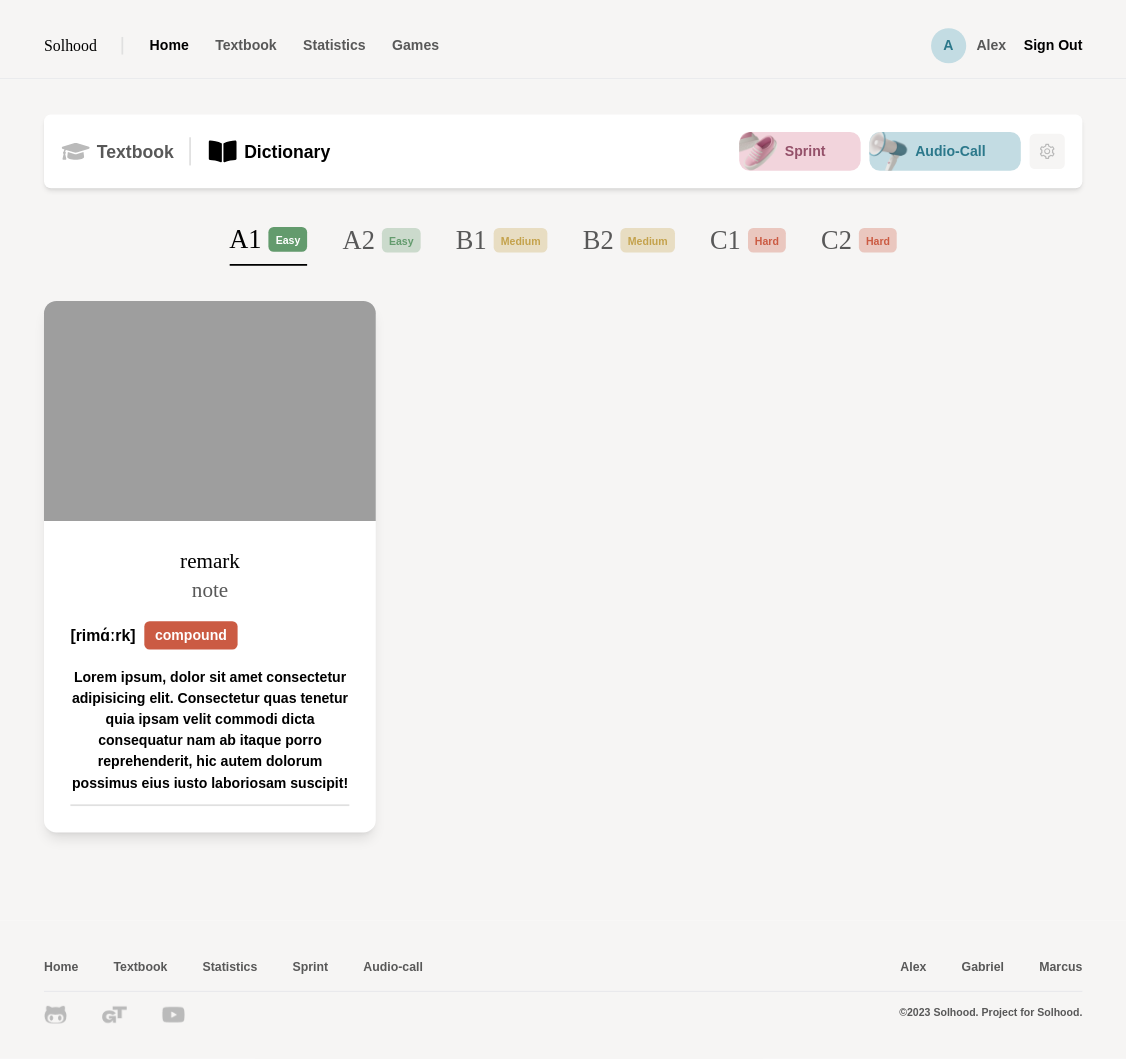
Repository: haudnn/solhood
Page: /textbook
The author's editor kept a copy of each file at every save. The page is drawn from the files as they stood at one save, then again after the next save.
The browser window is 1280 px wide. The pictures show the whole page, at 88% of full size.
Pictures or frames that could not be fetched are drawn as grey boxes. The project was rebuilt for these pictures with package versions that can differ from the ones it lists, and the page was loaded fresh each time. Also part of the build but not shown: src/pages/Home.tsx, src/pages/sprint/Sprint.tsx, src/pages/sprint/Game.tsx, src/pages/sprint/Result.tsx, src/pages/audio/Audio.tsx, src/pages/audio/Game.tsx, src/pages/audio/Result.tsx.

Above is the page before, as saved 2023-01-06 16:26:16.

### public/index.html
<!DOCTYPE html>
<html lang="en">
  <head>
    <meta charset="utf-8" />
    <link rel="icon" href="%PUBLIC_URL%/solanaLogoMark.svg" />
    <meta name="viewport" content="width=device-width, initial-scale=1" />
    <meta name="theme-color" content="#000000" />
    <meta
      name="description"
      content="Web site created using create-react-app"
    />
    <link rel="apple-touch-icon" href="%PUBLIC_URL%/logo192.png" />
    <link rel="manifest" href="%PUBLIC_URL%/manifest.json" />
    <title>Solhood | E-Learning Platform</title>
  </head>
  <body>
    <noscript>You need to enable JavaScript to run this app.</noscript>
    <div id="root"></div>
  </body>
</html>

### src/App.tsx
import "./App.css";
import { BrowserRouter } from 'react-router-dom';
import RouterConfig from './config/RouterConfig';
import Footer from "./components/Layout/Footer";
import Header from "./components/Layout/Header";
function App() {
  return (
    <div className="App font-montserrat">
      <BrowserRouter>
        <Header />
        <RouterConfig/>
        <Footer/>
      </BrowserRouter>
    </div>
  );
}

export default App;

### src/config/RouterConfig.tsx
import React from 'react'
import { Routes, Route } from 'react-router-dom';
import {router} from '../constants';
const RouterConfig = () => {
  return (
    <Routes>
    {router.map(({ path, component }) => (
      <Route key={path} path={path} element={component} />
    ))}
  </Routes>
  )
}

export default RouterConfig

### src/components/Layout/Header.tsx
import React from "react";

const Header = () => {
  return (
      <header className="py-8 border-b border-solid border-[grey-dark] bg-greyligt max-h-[90px]">
        <div className="app-container">
          <div className="grid">
            <div className="row">
              <div className="col l-6">
                <div className="flex items-center gap-x-[60px] h-full">
                  <div className="line">
                    <a href="/" className="text-lg text-black font-dela">Solhood</a>
                  </div>
                  <div className="">
                    <ul className="flex items-center gap-x-[30px]">
                      <li>
                        <a
                          className="text-base font-semibold text-black"
                          href="/"
                        >
                          Home
                        </a>
                      </li>
                      <li>
                        <a
                          className="text-base font-semibold text-greydark"
                          href="/textbook"
                        >
                          Textbook
                        </a>
                      </li>
                      <li>
                        <a
                          className="text-base font-semibold text-greydark"
                          href="/"
                        >
                          Statistics
                        </a>
                      </li>
                      <li className="relative group">
                        <a
                          className="text-base font-semibold text-greydark"
                          href="/"
                        >
                          Games
                        </a>
                        <div className="z-10 group-hover:block hidden absolute bg-white rounded-xl shadow-lg w-[215px] p-5 top-10 bridge">
                          <ul>
                            <li className="mb-2 text-base font-semibold text-greydark">
                              <a href="/sprint">Sprint</a>
                            </li>
                            <li>
                              <a href="/audio" className="text-base font-semibold text-greydark">Audio call</a>
                            </li>
                          </ul>
                        </div>
                      </li>
                    </ul>
                  </div>
                </div>
              </div>
              <div className="col l-6">
                <div className="flex justify-end">
                  <div className="flex items-center mr-5 gap-x-3">
                    <div className="flex items-center justify-center w-10 h-10 rounded-[50%] bg-cyanlight">
                      <span className="text-base font-semibold text-cyandark">
                        A
                      </span>
                    </div>
                    <span className="text-base font-semibold text-greydark">
                      Alex
                    </span>
                  </div>
                  <div className="flex items-center">
                    <a href="/" className="text-base font-semibold text-black">
                      Sign Out
                    </a>
                  </div>
                </div>
              </div>
            </div>
          </div>
        </div>
      </header>
  );
};

export default Header;

### src/constants/index.ts
import router from "./router"

export {router}

### src/constants/router.tsx
import Home from "../pages/Home";
import Sprint from "../pages/sprint/Sprint";
import SprintGame from "../pages/sprint/Game";
import SprintResult from "../pages/sprint/Result";
import Audio from "../pages/audio/Audio";
import AudioGame from "../pages/audio/Game";
import AudioResult from "../pages/audio/Result";
import TextBook from "../pages/textbook/TextBook";
const router = [
 {
    path: '/',
    component: <Home />,
 },
 {
   path: '/textbook',
   component: <TextBook />,
},
// Audio
 {
  path: '/audio',
  component: <Audio />,
 },
 {
  path: '/audio/game',
  component: <AudioGame />,
 },
 {
  path: '/audio/result',
  component: <AudioResult />,
 },
// Sprint
 {
  path: '/sprint',
  component: <Sprint />,
  },
 {
  path: '/sprint/game',
  component: <SprintGame />,
 },
 {
  path: '/sprint/result',
  component: <SprintResult />,
 },


]
export default router;

### src/pages/textbook/TextBook.tsx
import React, { useState } from "react";
import { FaGraduationCap, FaBookOpen } from "react-icons/fa";
import { AiOutlineSetting } from "react-icons/ai";
import textbookSneaker from ".././../assets/imgs/textbookSneaker.png";
import textbookAudio from ".././../assets/imgs/textbookAudio.png";
import useOnClickOutside from "../../hooks/useClickOutSide";
const TextBook = () => {
  const [isSettings, setIsSettings] = useState<Boolean>(false);
  const ref = React.useRef<HTMLDivElement | null>(null);
  useOnClickOutside(ref, () => setIsSettings(false));
  const handleShowSettings = () => {
    setIsSettings((prev) => !prev);
  };
  const [checkedList, setCheckedList] = useState([
    {
      id: 0,
      checked: false,
    },
    {
      id: 1,
      checked: false,
    },
  ]);
  const handleChecked = (e: any) => {
    const { value, checked } = e.target;
    const newList = [...checkedList];
    newList[+value].checked = checked;
    setCheckedList(newList);
  };
  return (
    <div className="pt-10 textbook bg-greyligt pb-[100px]">
      <div className="flex flex-col items-center w-[1180px] m-auto">
        <div className="w-full p-5 bg-white rounded-lg shadow-md ">
          <div className="grid">
            <div className="row">
              <div className="col l-6">
                <div className="flex items-center w-full h-full">
                  <div className="flex items-center justify-center h-8 mr-5 cursor-pointer gap-x-2 line-long before:-right-5">
                    <FaGraduationCap className="w-8 h-full text-greyicon"></FaGraduationCap>
                    <span className="text-xl font-bold leading-8 text-greydark">
                      Textbook
                    </span>
                  </div>
                  <div className="flex items-center justify-center h-8 ml-5 text-black cursor-pointer gap-x-2">
                    <FaBookOpen className="w-8 h-full"></FaBookOpen>
                    <span className="text-xl font-bold leading-8">
                      Dictionary
                    </span>
                  </div>
                </div>
              </div>
              <div className="col l-6">
                <div
                  ref={ref}
                  className="flex items-center justify-end w-full h-full gap-x-[10px] relative "
                >
                  <div className="flex items-center justify-start pr-10 cursor-pointer rounded-xl gap-x-2 bg-pinklight">
                    <img
                      src={textbookSneaker}
                      alt=""
                      className="object-cover"
                    />
                    <span className="text-base font-bold text-pinkdark">
                      Sprint
                    </span>
                  </div>
                  <div className="flex items-center justify-start pr-10 cursor-pointer rounded-xl gap-x-2 bg-cyanlight">
                    <img src={textbookAudio} alt="" className="object-cover" />
                    <span className="text-base font-bold text-cyandark">
                      Audio-Call
                    </span>
                  </div>
                  <div
                    onClick={handleShowSettings}
                    className="flex items-center justify-center w-10 h-10 rounded-md cursor-pointer bg-greyligt"
                  >
                    <AiOutlineSetting className="w-5 h-5 text-greyicon"></AiOutlineSetting>
                  </div>
                  {isSettings && (
                    <div className="absolute p-5 bg-white rounded-[14px] shadow-lg top-14 bridge">
                      <div>
                        <div className="flex items-center gap-x-[10px] mb-1">
                          <input
                            checked={checkedList[0].checked}
                            onChange={handleChecked}
                            type="checkbox"
                            id="0"
                            name="0"
                            value="0"
                          />
                          <label
                            htmlFor="0"
                            className={`font-semibold ${
                              checkedList[0].checked
                                ? "text-black"
                                : "text-[#828282]"
                            }`}
                          >
                            Show words in a list
                          </label>
                        </div>
                        <div className="flex items-center gap-x-[10px] mb-1">
                          <input
                            checked={checkedList[1].checked}
                            onChange={handleChecked}
                            type="checkbox"
                            id="1"
                            name="1"
                            value="1"
                          />
                          <label
                            htmlFor="1"
                            className={`font-semibold ${
                              checkedList[1].checked
                                ? "text-black"
                                : "text-[#828282]"
                            }`}
                          >
                            Display the 'Add' and 'Remove' buttons
                          </label>
                        </div>
                      </div>
                    </div>
                  )}
                </div>
              </div>
            </div>
          </div>
        </div>
        <div className="flex items-center justify-center my-10 gap-x-10">
          <div className="cursor-pointer flex items-center justify-center pb-[10px] gap-x-2 border-b-2 border-solid border-black">
            <span className="text-3xl font-dela">A1</span>
            <div className="px-2 py-[2px] rounded-md bg-greendesign">
              <span className="text-xs font-semibold text-white">Easy</span>
            </div>
          </div>
          <div className="cursor-pointer flex items-center justify-center pb-[10px] gap-x-2">
            <span className="text-3xl font-dela text-greydark">A2</span>
            <div className="px-2 py-[2px] rounded-md bg-secondgreendesign">
              <span className="text-xs font-semibold text-greendesign">
                Easy
              </span>
            </div>
          </div>
          <div className="cursor-pointer flex items-center justify-center pb-[10px] gap-x-2">
            <span className="text-3xl font-dela text-greydark">B1</span>
            <div className="px-2 py-[2px] rounded-md bg-secondyellowdesign">
              <span className="text-xs font-semibold text-yellowdesign">
                Medium
              </span>
            </div>
          </div>
          <div className="cursor-pointer flex items-center justify-center pb-[10px] gap-x-2">
            <span className="text-3xl font-dela text-greydark">B2</span>
            <div className="px-2 py-[2px] rounded-md bg-secondyellowdesign">
              <span className="text-xs font-semibold text-yellowdesign">
                Medium
              </span>
            </div>
          </div>
          <div className="cursor-pointer flex items-center justify-center pb-[10px] gap-x-2">
            <span className="text-3xl font-dela text-greydark">C1</span>
            <div className="px-2 py-[2px] rounded-md bg-secondorangedesign">
              <span className="text-xs font-semibold text-orangedesign">
                Hard
              </span>
            </div>
          </div>
          <div className="cursor-pointer flex items-center justify-center pb-[10px] gap-x-2">
            <span className="text-3xl font-dela text-greydark">C2</span>
            <div className="px-2 py-[2px] rounded-md bg-secondorangedesign">
              <span className="text-xs font-semibold text-orangedesign">
                Hard
              </span>
            </div>
          </div>
        </div>
        <div className="w-full">
          <div className="gird">
            <div className="row">
              <div className="col l-4">
                <div className="bg-white rounded-[14px] shadow-lg">
                  <div
                    style={{
                      backgroundImage: `url(${"https://cdn.britannica.com/98/235798-050-3C3BA15D/Hamburger-and-french-fries-paper-box.jpg"})`,
                    }}
                    className="relative w-full h-[250px] max-h-[250px] bg-center bg-no-repeat bg-cover rounded-tl-[14px] rounded-tr-[14px]"
                  ></div>
                  <div className="p-[30px]">
                    <div className="text-2xl text-black font-dela">
                      <p className="text-black">remark</p>
                      <p className="text-greydark">note</p>
                    </div>
                    <div className="flex items-center my-5 gap-x-[10px]">
                      <span className="text-lg font-semibold">[rimɑ́ːrk]</span>
                      <div className="px-3 py-1 rounded-md bg-orangedesign">
                        <span className="font-semibold text-white">
                          compound
                        </span>
                      </div>
                    </div>
                    <div className="pb-3 border-b-2 border-solid border-greymedium">
                      <span className="text-base font-semibold text-black">
                        Lorem ipsum, dolor sit amet consectetur adipisicing elit. Consectetur quas tenetur quia ipsam velit commodi dicta consequatur nam ab itaque porro reprehenderit, hic autem dolorum possimus eius iusto laboriosam suscipit!
                      </span>
                    </div>
                  </div>
                </div>
              </div>
            </div>
          </div>
        </div>
        {/* <div className="w-[926px]">
          <div className="grid">
            <div className="row">
              <div className="col l-12">
                <div className="mb-10 bg-white rounded-lg shadow-md">
                  <div className="grid">
                    <div className="row">
                      <div className="col l-5">
                        <div
                          style={{
                            backgroundImage: `url(${"https://cdn.britannica.com/98/235798-050-3C3BA15D/Hamburger-and-french-fries-paper-box.jpg"})`,
                          }}
                          className="relative w-full h-full bg-center bg-no-repeat bg-cover rounded-tl-lg rounded-bl-lg"
                        ></div>
                      </div>
                      <div className="col l-7">
                        <div className="py-10 pl-4 pr-10">
                          <div className="text-2xl text-black font-dela">
                            remark / <span className="text-greydark">note</span>
                          </div>
                          <div className="flex items-center my-5 gap-x-[10px]">
                            <span className="text-lg font-semibold">
                              [rimɑ́ːrk]
                            </span>
                            <div className="px-3 py-1 rounded-md bg-orangedesign">
                              <span className="font-semibold text-white">
                                compound
                              </span>
                            </div>
                          </div>
                          <div className="pb-3 border-b-2 border-solid border-greymedium">
                            <span className="text-base font-semibold text-black">
                              To remark is to say something.
                            </span>
                          </div>
                          <div className="pt-3 pb-5 ">
                            <p className="font-medium text-greydark">
                              The teacher remarked on how quickly the students
                              were learning.
                            </p>
                          </div>
                          <div className="flex items-center gap-x-5">
                            <button className="py-2 px-3 rounded-[100px] bg-greendesign">
                              <span className="text-sm font-semibold text-white">
                                Add to learned
                              </span>
                            </button>
                            <button className="py-2 px-3 rounded-[100px] bg-secondorangedesign">
                              <span className="text-sm font-semibold text-orangedesign">
                                Remove from dictionary
                              </span>
                            </button>
                          </div>
                        </div>
                      </div>
                    </div>
                  </div>
                </div>
              </div>
            </div>
          </div>
        </div> */}
      </div>
    </div>
  );
};

export default TextBook;

### src/hooks/useClickOutSide.ts
import {useEffect} from 'react'

const useOnClickOutside = (ref:any, handler:any) => {
    useEffect(() => {
        const listener = (event:any) => {
          if (!ref.current || ref.current.contains(event.target)) {
            return;
          }
          handler(event);
        };
        document.addEventListener("mousedown", listener);
        document.addEventListener("touchstart", listener);
        return () => {
          document.removeEventListener("mousedown", listener);
          document.removeEventListener("touchstart", listener);
        };
      },
      [ref, handler]
    );
  }
export default useOnClickOutside

Loaded but not shown: src/index.tsx (common file); src/App.css (common file); tailwind.config.js (33 lines, source omitted); src/index.css (729 lines, source omitted); src/components/Layout/Footer.tsx (126 lines, source omitted)

After the next save:
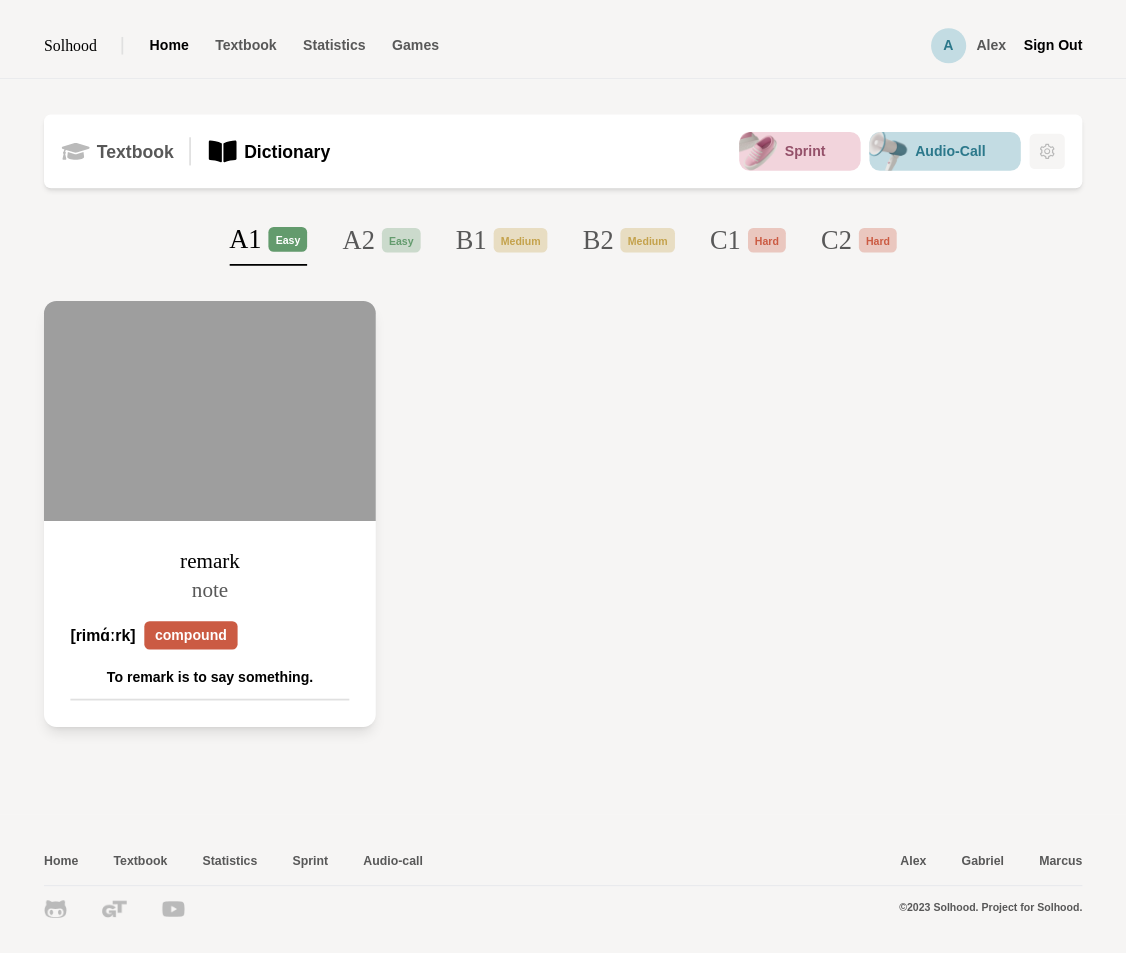
Saved 5 s later.
--- a/src/pages/textbook/TextBook.tsx
+++ b/src/pages/textbook/TextBook.tsx
@@ -201,7 +201,7 @@ const TextBook = () => {
                     </div>
                     <div className="pb-3 border-b-2 border-solid border-greymedium">
                       <span className="text-base font-semibold text-black">
-                        Lorem ipsum, dolor sit amet consectetur adipisicing elit. Consectetur quas tenetur quia ipsam velit commodi dicta consequatur nam ab itaque porro reprehenderit, hic autem dolorum possimus eius iusto laboriosam suscipit!
+                        To remark is to say something.
                       </span>
                     </div>
                   </div>
